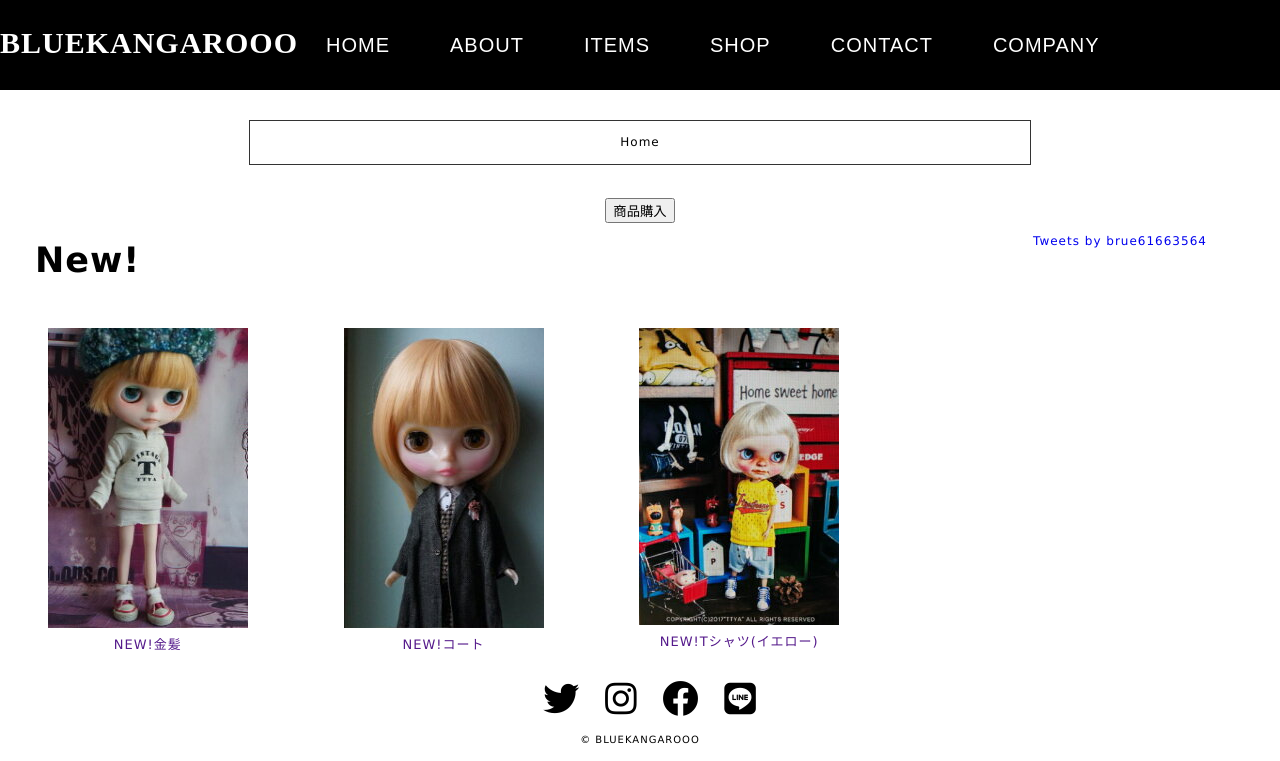
Repository: xiezom/test
Page: http://localhost/ecsite/
These files come from the project's save history. The page is drawn as it stood at one moment and after the next save; the edit follows.
The browser window is 1280 px wide. The pictures show the whole page.
Some web libraries are served in a nearby version. The page is served by Tomcat 9.

Above is the page before, as saved 2019-03-26 08:26:39.

After the next save:
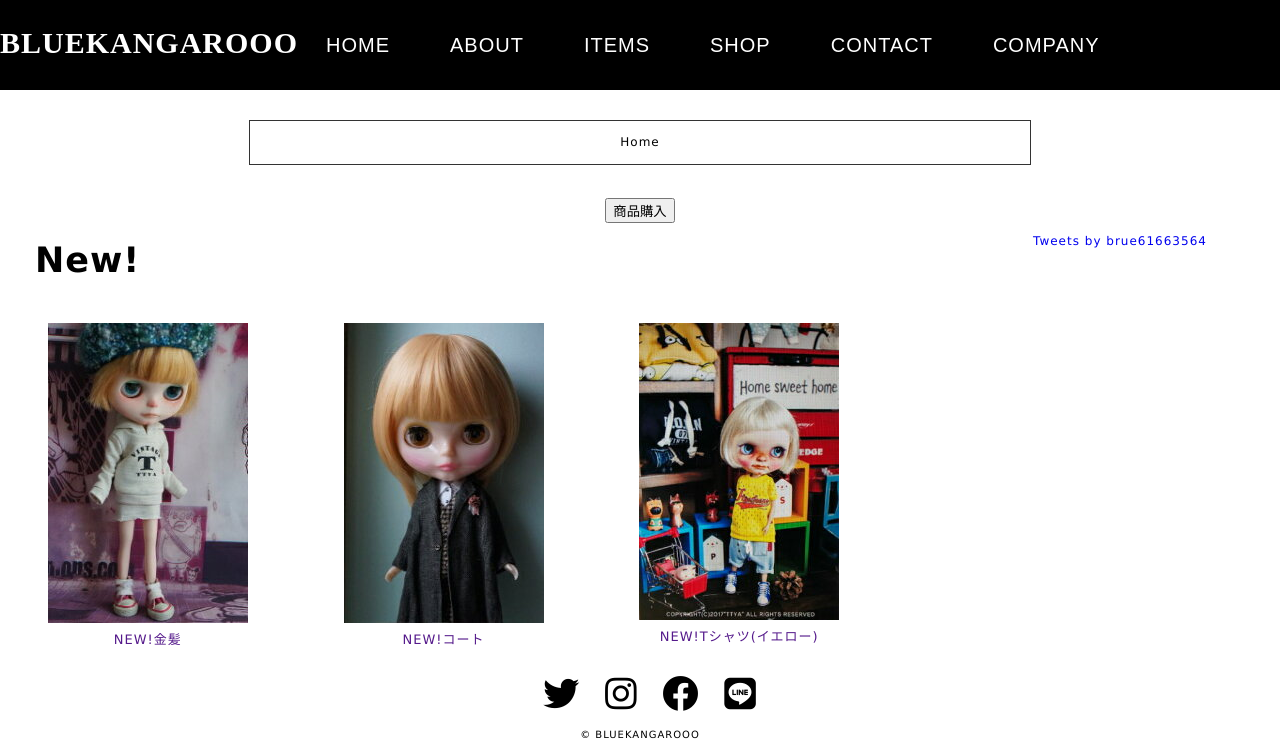
Saved 33 s later.
--- a/ecsite/WebContent/css/home_style.css
+++ b/ecsite/WebContent/css/home_style.css
@@ -88,7 +88,7 @@
 		.headin-box h2 {
 			margin-left: 1em;
 			margin-top: 0;
-			margin-bottom: 5px;
+			margin-bottom: 0;
 			font-size: 35px;
 			text-align: left;
 		}
